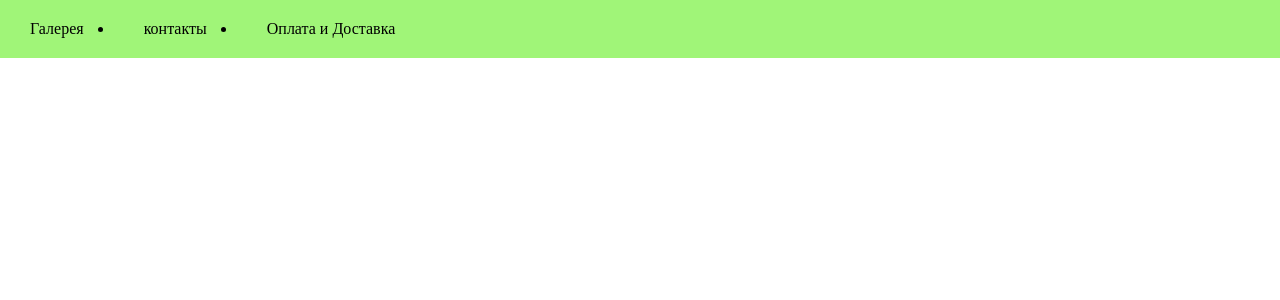
Repository: Ievgenii-davidenko/by
Page: index.html
An editor plug-in stored every save of this project. The page is shown before and after the next save, followed by the edit.
The browser window is 1280 px wide. The pictures show the whole page.

Above is the page before, as saved 2021-09-17 09:53:50.

After the next save:
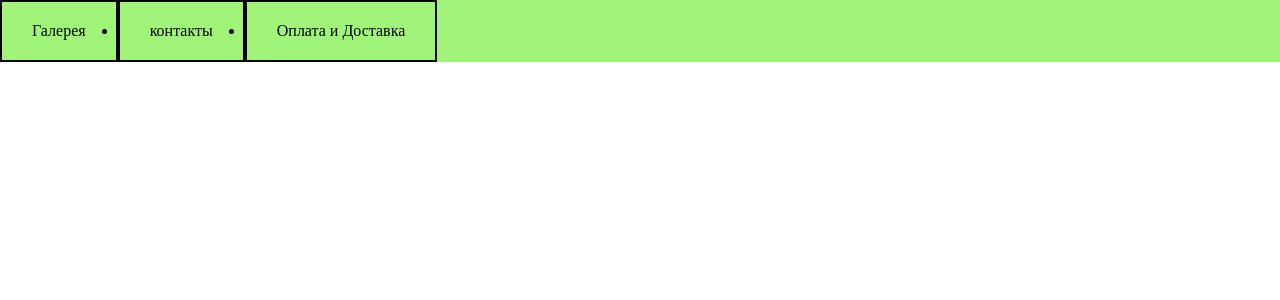
Saved 3 min 10 s later.
--- a/css/style.css
+++ b/css/style.css
@@ -16,4 +16,6 @@
 .list__item {
     justify-content: space-between;
     padding: 20px 30px;
+    text-align: 24px;
+    border : 2px solid;
 }
